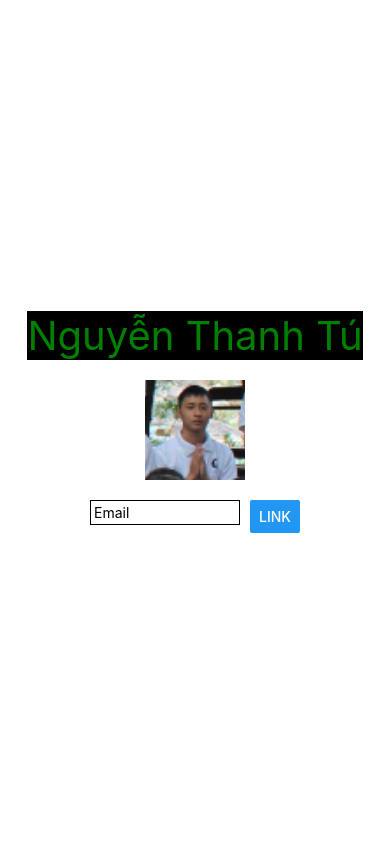
Repository: ntu34543/ReactNativeAndroid
Screen: /
The author's editor kept a copy of each file at every save. The screen is drawn from the files as they stood at one save, then again after a run of saves.
The app was drawn by React Native's web renderer in a window 390 px wide. The project was rebuilt for these pictures with package versions that can differ from the ones it lists, and the page was loaded fresh each time.

Above is the screen before, as saved 2022-09-23 17:00:14.

After the next 2 saves:
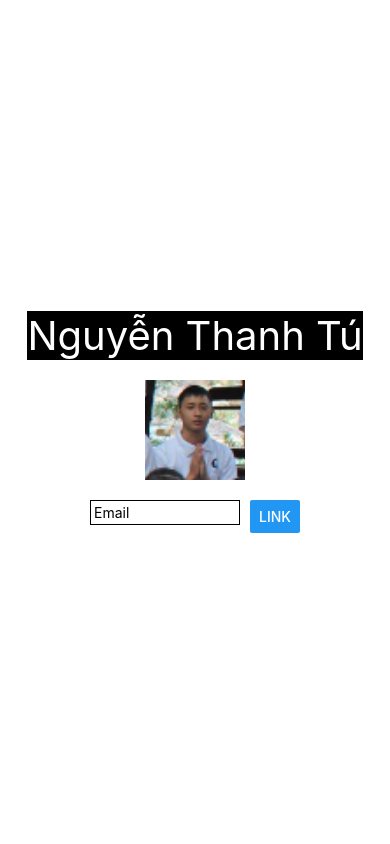
The 2 saves are shown as one change because they came seconds apart.
The last was saved 6 s later.
--- a/App.js
+++ b/App.js
@@ -42,7 +42,7 @@ const styles = StyleSheet.create({
   },
   text: {
     fontSize: 40,
-    color: 'green',
+    color: 'white',
     backgroundColor: 'black',
   },
   image: {
